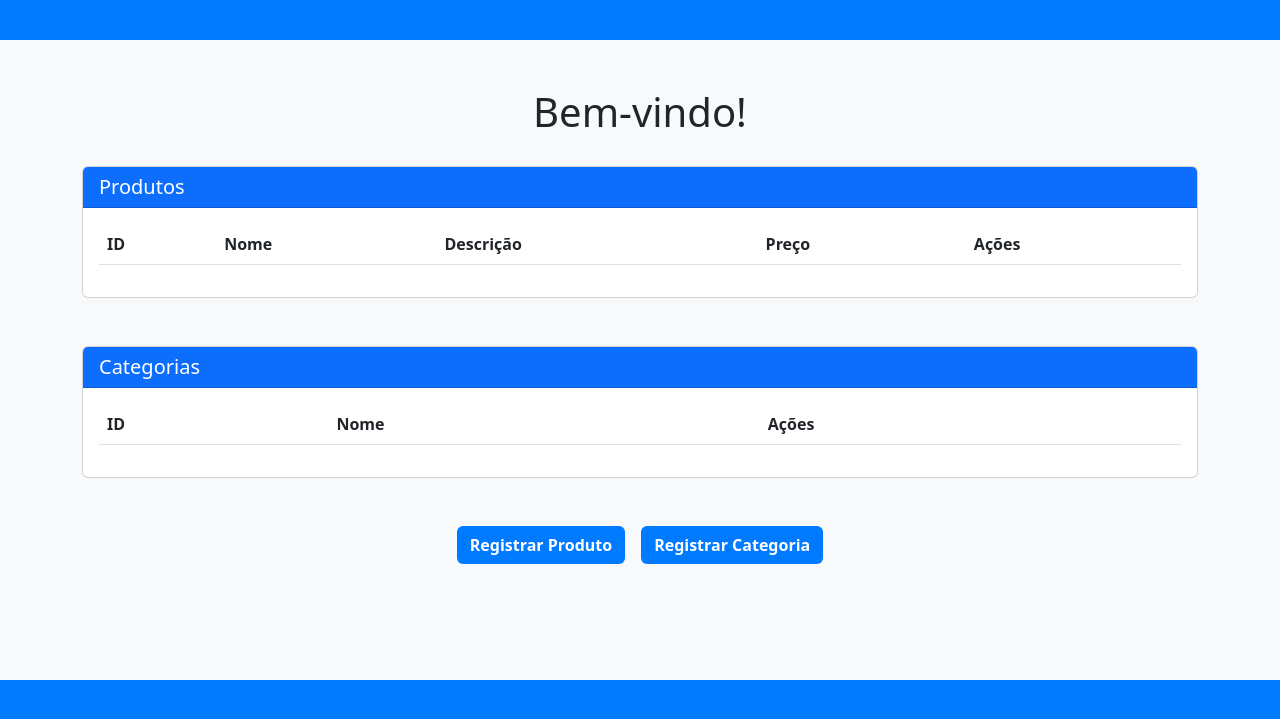
Repository: Gugalzg/sistema-cadastro
Page: http://localhost/index
The author's editor kept a copy of each file at every save. The page is drawn from the files as they stood at one save, then again after the next save.
The browser window is 1280 px wide. The pictures show the whole page.
The page is this project's Thymeleaf template; nobody is signed in. The template is opened directly, without the code that normally fills it, so the values that code supplies are empty.

Above is the page before, as saved 2025-01-02 18:14:32.

### demo/src/main/resources/templates/index.html
<!DOCTYPE html>
<html xmlns:th="http://www.thymeleaf.org">
<head>
    <meta charset="UTF-8">
    <meta name="viewport" content="width=device-width, initial-scale=1.0">
    <title>Projeto Spring Boot com Thymeleaf</title>

    <!-- Bootstrap CSS (versão 5.3) -->
    <link rel="stylesheet" href="https://cdn.jsdelivr.net/npm/bootstrap@5.3.0/dist/css/bootstrap.min.css">
    <link rel="stylesheet" href="https://cdnjs.cloudflare.com/ajax/libs/font-awesome/5.15.3/css/all.min.css">

    <!-- CSS personalizado -->
    <style>
        .fade-in {
            animation: fadeInEffect 2s ease-out;
        }
        @keyframes fadeInEffect {
            0% {
                opacity: 0;
                transform: translateY(20px);
            }
            100% {
                opacity: 1;
                transform: translateY(0);
            }
        }
        h1 {
            font-size: 2.5em;
            text-align: center;
            margin-bottom: 30px;
        }
        body {
            border-top: 40px solid #007bff; /* Borda azul no topo */
            min-height: 100vh; /* Garantir que a página ocupe a altura total da tela */
            background-color: #f8f9fa; /* Cor de fundo suave */
            padding-bottom: 30px; /* Espaçamento extra na parte inferior */
            border-bottom: 40px solid #007bff; /* Borda azul na parte inferior */
        }
        .btn-blue {
            background-color: #007bff;
            color: white;
            font-weight: bold;
        }

		.acoes-header {
		    padding-right: 10px; /* Ajuste fino da posição do texto */
		}


        .btn-blue:hover {
            background-color: #0056b3;
            color: white;
        }
        .list-group-item {
            font-size: 1.1em;
        }
    </style>
</head>
<body>
    <div class="container mt-5 fade-in" id="page-content">
        <h1>Bem-vindo!</h1>

        <!-- Mensagem de sucesso global -->
        <div th:if="${message}" class="alert alert-success text-center" th:text="${message}"></div>

        <!-- Seção de Produtos -->
        <div>
            <div class="card">
                <div class="card-header bg-primary text-white">
                    <h5 class="mb-0">Produtos</h5>
                </div>
                <div class="card-body">
                    <table class="table table-striped">
                        <thead>
                            <tr>
                                <th>ID</th>
                                <th>Nome</th>
                                <th>Descrição</th>
                                <th>Preço</th>
								<th class="acoes-header">Ações</th> <!-- Classe adicionada aqui -->
                            </tr>
                        </thead>
                        <tbody>
                            <!-- Exibindo produtos com Thymeleaf -->
                            <tr th:each="product : ${products}">
                                <td th:text="${product.id}"></td>
                                <td th:text="${product.name}"></td>
                                <td th:text="${product.description}"></td>
                                <td th:text="${product.price}"></td>
								<td class="text-end"> <!-- Classe adicionada aqui -->

                                    <a th:href="@{/products/edit/{id}(id=${product.id})}" class="btn btn-warning btn-sm">
                                        <i class="fas fa-edit"></i> Editar
                                    </a>
                                    <a th:href="@{/products/delete/{id}(id=${product.id})}" class="btn btn-danger btn-sm"
                                       onclick="return confirm('Tem certeza que deseja excluir este produto?')">
                                       <i class="fas fa-trash-alt"></i>Excluir
                                   </a>
								 </td>
                            </tr>
                        </tbody>
                    </table>
                </div>
            </div>
        </div>

        <!-- Seção de Categorias -->
        <div class="mt-5">
            <div class="card">
                <div class="card-header bg-primary text-white">
                    <h5 class="mb-0">Categorias</h5>
                </div>
                <div class="card-body">
					<table class="table table-striped">
					    <thead>
					        <tr>
					            <th>ID</th>
					            <th>Nome</th>
					            <th class="acoes-header">Ações</th> <!-- Classe sem text-end -->
					        </tr>
					    </thead>
					    <tbody>
					        <tr th:each="category : ${categories}">
					            <td th:text="${category.id}"></td>
					            <td th:text="${category.name}"></td>
					            <td class="text-end">
					                <a th:href="@{/categories/edit/{id}(id=${category.id})}" class="btn btn-warning btn-sm">
					                    <i class="fas fa-edit"></i> Editar
					                </a>
					                <a th:href="@{/categories/delete/{id}(id=${category.id})}" class="btn btn-danger btn-sm"
					                   onclick="return confirm('Tem certeza que deseja excluir esta categoria?')">
					                    <i class="fas fa-trash-alt"></i> Excluir
					                </a>
					            </td>
					        </tr>
					    </tbody>
					</table>
                </div>
            </div>
        </div>

        <!-- Botões de ação -->
        <div class="d-flex justify-content-center mt-5">
            <a href="/products/register" class="btn btn-blue me-3">Registrar Produto</a>
            <a href="/categories/register" class="btn btn-blue">Registrar Categoria</a>
        </div>
    </div>

    <!-- Bootstrap JS (versão 5.3) -->
    <script src="https://cdn.jsdelivr.net/npm/bootstrap@5.3.0/dist/js/bootstrap.bundle.min.js"></script>
</body>
</html>

After the next save:
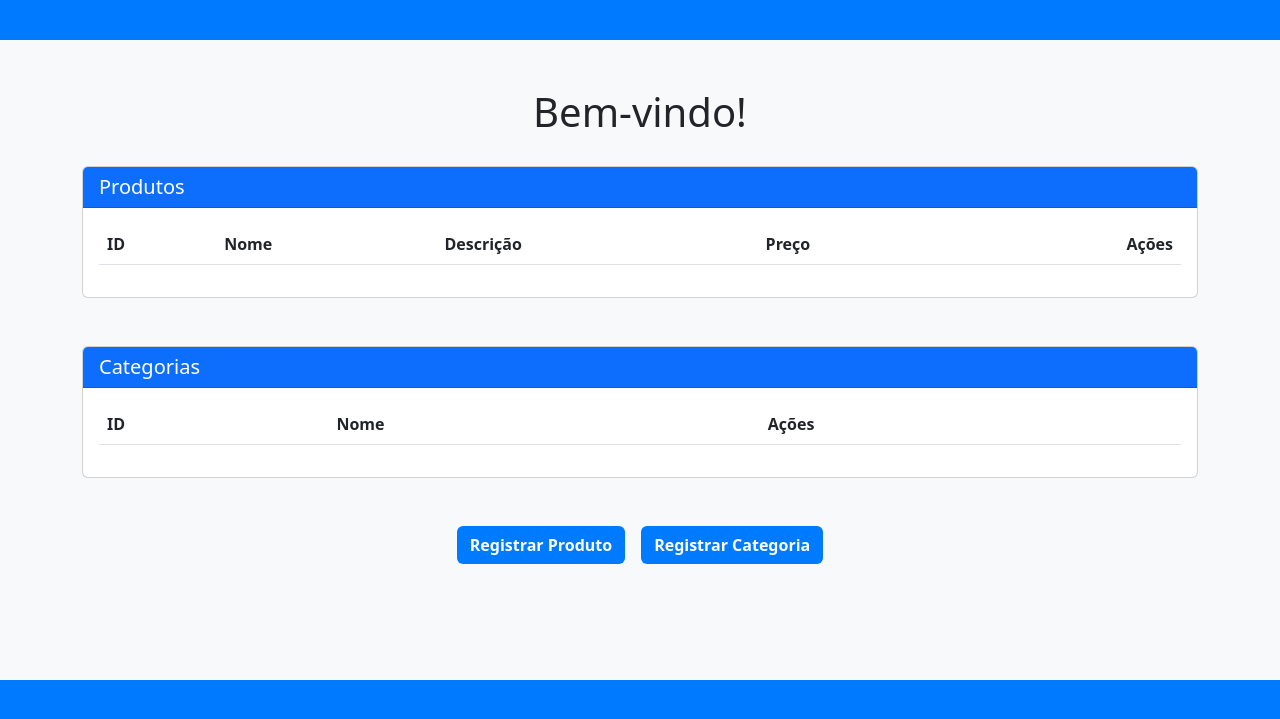
Saved 2 min 6 s later.
--- a/demo/src/main/resources/templates/index.html
+++ b/demo/src/main/resources/templates/index.html
@@ -77,7 +77,7 @@
                                 <th>Nome</th>
                                 <th>Descrição</th>
                                 <th>Preço</th>
-								<th class="acoes-header">Ações</th> <!-- Classe adicionada aqui -->
+								<th class="text-end">Ações</th> <!-- Classe adicionada aqui -->
                             </tr>
                         </thead>
                         <tbody>
